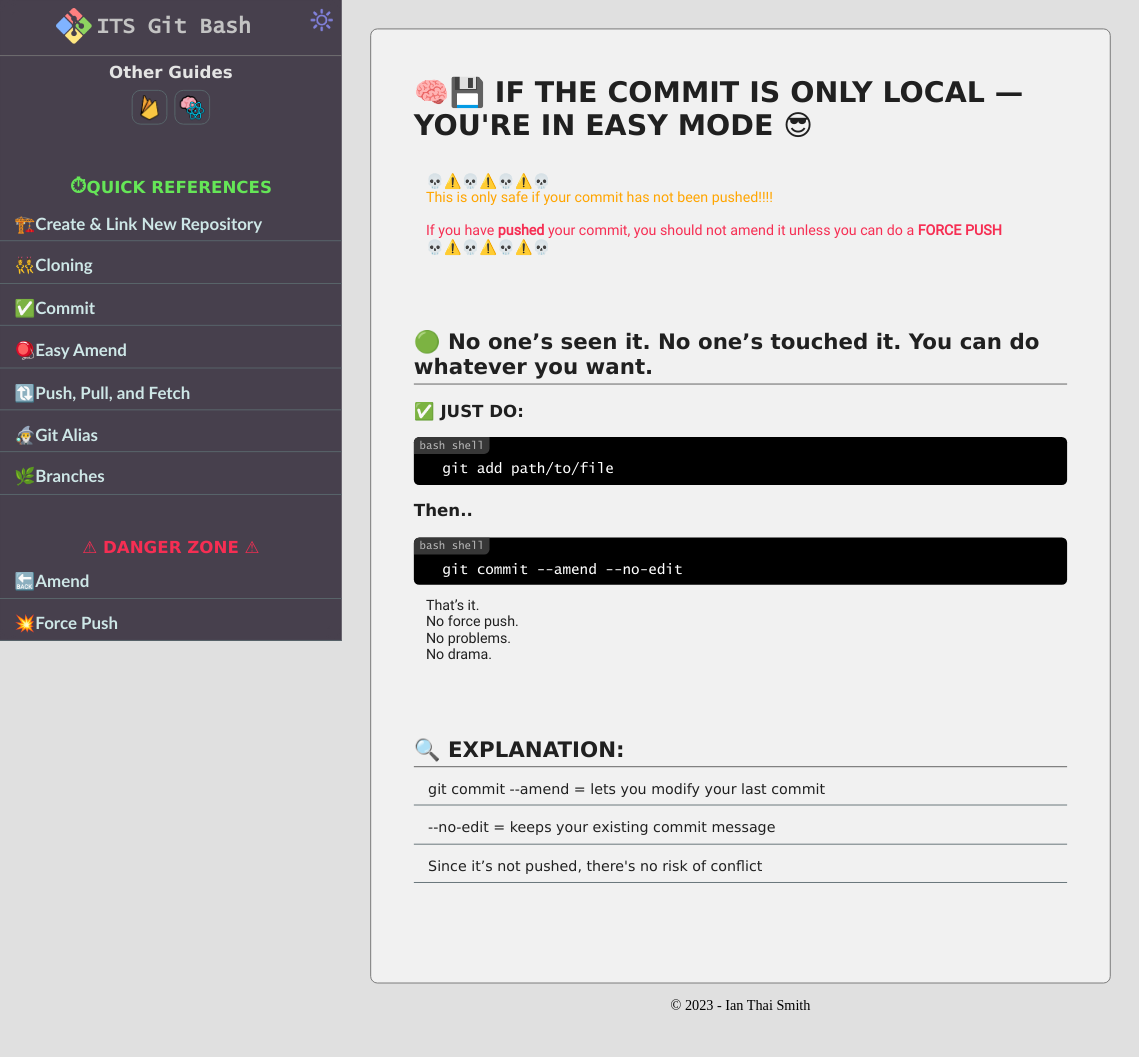
Repository: whyDoILoveThis/project__ITS_Git_Bash
Page: html/easy-amend.html
An editor plug-in stored every save of this project. The page is shown before and after the next save, followed by the edit.
The browser window is 1280 px wide. The pictures show the whole page, at 89% of full size.

Above is the page before, as saved 2025-07-06 06:30:49.

### html/easy-amend.html
<!DOCTYPE html>
<html lang="en">
  <head>
    <meta charset="UTF-8" />
    <meta name="viewport" content="width=device-width, initial-scale=1.0" />
    <link rel="stylesheet" href="/css/normalize.css" />
    <link rel="stylesheet" href="/css/style.css" />
    <title>new-page</title>
  </head>
  <body>
    <!--!!!!!-->
    <!--! MAIN-WRAP -->
    <div class="main-wrap">
      <section class="article-wrap">
        <article class="article">
          <h1>🧠💾 IF THE COMMIT IS ONLY LOCAL — YOU'RE IN EASY MODE 😎</h1>
          <p class="orng">
            💀⚠️💀⚠️💀⚠️💀
            <br />
            This is only safe if your commit has not been pushed!!!!
            <br />
            <br />
            <em class="red">
              If you have <b>pushed</b> your commit, you should not amend it
              unless you can do a <b>FORCE PUSH</b>
            </em>
            <br />
            💀⚠️💀⚠️💀⚠️💀
          </p>
          <h2>
            🟢 No one’s seen it. No one’s touched it. You can do whatever you
            want.
          </h2>
          <h3>✅ JUST DO:</h3>
          <div class="code">
            <p>git add path/to/file<br /></p>
          </div>
          <h3>Then..</h3>
          <div class="code">
            <p>git commit --amend --no-edit</p>
          </div>
          <p>
            That’s it. <br />
            No force push. <br />
            No problems. <br />
            No drama.
          </p>
          <h2>🔍 EXPLANATION:</h2>
          <ul>
            <li>git commit --amend = lets you modify your last commit</li>
            <li>--no-edit = keeps your existing commit message</li>
            <li>Since it’s not pushed, there's no risk of conflict</li>
          </ul>
        </article>
      </section>
    </div>
    <!--! MAIN-WRAP -->
    <!--! !!!!!!! -->
    <script src="/JS/dynamic-nav.js"></script>
  </body>
</html>

### css/style.css


/*TODO: REFACTOR FOR BETTER ORGANIZATION
        AND REMOVING REDUNDANCIES*/

        :root {
            --size--brightness-toggler: 50px;
        }


.gradient {
    width: 100vw;
    height: 100vh;
    background: rgb(52,30,84);
background: linear-gradient(360deg, rgba(52,30,84,1) 0%, rgba(67,41,166,1) 100%);
}

@font-face {
    font-family: LucidaConsole;
    src: url(/fonts/lucon.ttf);

}

@font-face {
    font-family: Roboto;
    src: url(/fonts/Roboto-Regular.ttf);
}

body {
    font-family: 'Lucida Sans', 'Lucida Sans Regular', 'Lucida Grande', 'Lucida Sans Unicode', Geneva, Verdana, sans-serif;
    transition: background-color 0.3s ease-in;
    background-color: rgb(36, 31, 35);

}

body::-webkit-scrollbar-track
{
	-webkit-box-shadow: inset 0 0 6px rgba(0,0,0,0.3);
	border-radius: 10px;
	background-color: rgb(52, 29, 69);
}

body::-webkit-scrollbar
{
    border-radius: 10px;

	width: 5px;
	background-color: rgb(50, 41, 56);
}

body::-webkit-scrollbar-thumb
{
	border-radius: 10px;
	-webkit-box-shadow: inset 0 0 6px rgba(0,0,0,.3);
	background-color: #8181DB;
}



ul {
    list-style-type: none;
    padding: 0;
    padding-bottom: 4rem;
    margin: 0;
}

ul li {
    padding: 1rem 0 0.5rem 1rem;
    border-bottom: 0.5px solid rgb(90, 105, 110);
}

li a {
    text-decoration: none;
    color: rgb(206, 231, 231);
    font-family: 'Trebuchet MS', 'Lucida Sans Unicode', 'Lucida Grande', 'Lucida Sans', Arial, sans-serif;
    font-weight: 600;
    text-decoration-thickness: 0px;
    font-size: 19px;
}

a {
    color: rgb(45, 143, 248);
    text-decoration: none;
}

a:hover {
    font-weight: 600;
    text-decoration: underline;
}

li a:hover {
    text-decoration: underline;
    text-decoration-thickness: 2px;
    text-decoration-color: rgb(110, 203, 103);
}

em {
    font-style: normal;
}

.main-wrap {
    display: flex;
    height: 100%;
    width: 100%;
}

/** NAV */

.nav {
    z-index: 100;
    background: rgba(50, 41, 56, 0.877);
    backdrop-filter: blur(8px);
    -webkit-backdrop-filter: blur(8px);
    display: flex;
    flex-direction: column;
    width: 30%;
    height: 100%;
    position: fixed;
    overflow: auto;
    transition: all 0.37s ease-out;
}

.nav::-webkit-scrollbar-track
{
	-webkit-box-shadow: inset 0 0 6px rgba(0,0,0,0.3);
	border-radius: 10px;
	background-color: rgb(50, 41, 56);
}

.nav::-webkit-scrollbar
{
    border-radius: 10px;

	width: 3px;
	background-color: rgb(50, 41, 56);
}

.nav::-webkit-scrollbar-thumb
{
	border-radius: 10px;
	-webkit-box-shadow: inset 0 0 6px rgba(0,0,0,.3);
	background-color: #8181DB;
}


.logo-wrap {
    height: auto;
    max-height: 40px;
    display: flex;
    align-items: center;
    justify-content: center;
    gap: 0.3rem;
    padding: 0.7rem;
    border-bottom: 1px solid rgb(115, 115, 115);
    padding-right: var(--size--brightness-toggler);

}

.logo__icon {
    width: 8vw;
    max-width: 40px;
    height: 8vw;
    max-height: 40px;
    display: inline;
}

.logo__tag {
    color: rgb(195, 195, 195);
    font-family:  LucidaConsole, Arial, Helvetica, sans-serif;
    white-space: 1px;
    font-size: 24px;
    font-weight: 600;
    margin: 0;
}

.dark-mode-toggler-wrap {
    position: absolute;
    top: 10px;
    right: 10px;

}

.other-guides-wrap {
    margin: 0.5rem;
    display: flex;
    justify-content: center;
    align-self: center;
    gap: 0.5rem;
}

.other-guides-wrap > a > img {
    width: 28px;
}

.other-guides-heading {
    color: rgb(228, 228, 228);
    margin-top: 0;
}

.guide-link {
    border: 1px solid rgb(90, 105, 110);
    border-radius: 10px;
    display: flex;
    justify-content: center;
    padding: 0.3rem;
    transition: background-color 0.4s;
}

.guide-link:hover {
    background-color: rgba(255, 255, 255, 0.117);
}

.quick-ref-heading {
    color: rgb(101, 230, 87);
    text-transform: uppercase;
}

.quick-ref-heading::before {
    content: '⏱';
    font-size: 24px;
}

.article-wrap {
    margin-left: 30%;
    width: calc(70% - 2rem * 2);
    padding: 2rem;
}

.article {
    border: 1px solid rgb(109, 109, 109);
    border-radius:8px;
    display: flex;
    flex-direction: column;
    padding: 3rem;
    padding-top: 2rem;

    background-color: rgb(49, 49, 49);
    color: rgba(255, 255, 255, 0.90);
    transition: background-color 0.4s ease-in, color 0.5s ease-in;

}

.article__heading,
.article h2.h2--large {
    text-align: center;
    font-size: 32px;
    margin: 0.8rem;
    border: 0;
}

.article h2 {
    margin: 4.4rem 0 0rem 0;
    border-bottom: 1px solid #555;
    padding-bottom: 0.3rem;
}


.article > p {
    font-family: Roboto, Arial, Helvetica, sans-serif;
    margin: 0.85rem;
}

.emoji {
    display: inline;
    width: 20px;
}

.emoji--rocket {
    content: url(/img/emoji-rocket.PNG);
}

.code {
    font-family: LucidaConsole, Arial, Helvetica, sans-serif;
    white-space: nowrap;
    background-color: black;
    color: white;
    font-style: normal;
    width: 100%;
    display: flex;
    flex-direction: column;
    border-radius: 6px;
    overflow: auto;
}

.code p::selection,
.code em::selection {
    background: rgba(214, 172, 238, 0.273);
    color: inherit;
}

.code::-webkit-scrollbar {
    width: 12px;
    background-color: #F5F5F5;
    height: 7px;
}
.code::-webkit-scrollbar-thumb {
    border-radius: 1px;
    -webkit-box-shadow: inset 0 0 6px rgba(0,0,0,.3);
    background-color: #555;
}
.code::-webkit-scrollbar-track {
    -webkit-box-shadow: inset 0 0 6px rgba(0,0,0,0.3);
    border-radius: 1px;
    background-color: #F5F5F5;
}


.code::before {
    content: 'bash shell';
    background-color: rgb(55, 55, 55);


    align-self: flex-start;

    color: rgb(184, 184, 184);
    padding: 0.25rem 0.4rem 0.1rem 0.4rem;
    border-radius: 6px 0px 6px 0;
    font-size: 12px;
}

.code--html::before {
    content: 'HTML';
    color: rgb(255, 72, 0);
    letter-spacing: 1px;
}

.code--js::before {
   content: 'javascript';
   color: yellow;
}

.code--json::before {
    content: 'json';
    color: rgb(93, 184, 93);
}

.code--file-struct::before {
    content: '📁';
    font-size: 20px;
}

.code p {
    margin: 0.5rem 0 0.5rem 2rem;
    display: inline-block;
    flex: 0 0 100%;
}

.comnt {
    color: rgb(123, 123, 123);
}

.orng {
    color: orange;
}

.grn {
    color: rgb(60, 162, 60);
}

.blu {
    color: rgb(74, 189, 255);
}

.red {
    color: rgb(246, 46, 83);
}

/** BUTTONS */

.btn-group {
    display: flex;
    gap: 0.5rem;
}

.btn {
    position: relative;
    z-index: 99;
    width: 100%;
    font-family: Roboto, Arial, Helvetica, sans-serif;
    font-size: 24px;
    text-shadow: 0 0 2px rgba(0, 0, 0, 0.577);
    padding: 10px 20px;
    background-color: #27396a;

    color: #6cbbfb;
    cursor: pointer;
    border-radius: 10px;
    border: 1.5px solid rgb(0, 0, 0);
    margin-top: 1rem;
}

.btn--important {
    color: rgb(252, 107, 107);
    background-color: rgb(83, 32, 32);
}

.btn--more-info-box {

    font-family: Roboto, Arial, Helvetica, sans-serif;
    background-color: #eeeeee;
    background-color: #363232;

    color: #202020;
    color: rgba(255, 255, 255, 0.90);
    position: relative;
    top: -1rem;
    padding: 1rem;
    border-radius: 8px;
    text-align: center;
    border: 1.5px solid rgb(0, 115, 225);
    animation: 0.5s ease-in-out;
    transform-origin: top center;
    transition: background-color 0.4s ease-in, color 0.5s ease-in;
}

.btn--more-info-box.hidden {
    display: none;

}

@keyframes bounceDown {
    0% {
        transform: scaleY(0);
        opacity: 0;
    }
    70% {
        transform: scaleY(1.04);
        opacity: 1;
    }
    100% {
        transform: scaleY(1);
        opacity: 1;
    }
}

@keyframes bounceUp {
    0% {
        transform: scaleY(1);
        opacity: 1;
    }

    20% {
        transform: scaleY(1.04);
        opacity: 0.8;
    }

    100% {
        transform: scaleY(0);
        opacity: 0.2;
    }
}

.btn--more-info-box p {
    text-align: left;
}

.btn--more-info-box h2 {
    margin-top: 2.5rem;
}

.btn--more-info-box h3 {
    margin-top: 1.5rem;
    margin-bottom: 0;
}

@media screen and (min-width: 768px) {
    .nav-toggler {
        position: fixed;
        display: none;
        visibility: hidden;
    }
}

@media screen and (max-width: 778px) {
    ul li {
        padding: 0.8rem 0.3rem 0.5rem 0.8rem;
    }

    li a {
        font-size: 17px;
    }

    .nav {
        margin: 0;
        width: 100%;
        height: 60px;
        overflow: hidden;
        border-top-right-radius: 0;
        border-bottom-left-radius: 10px;
        border-bottom-right-radius: 10px;
        box-shadow: 1px 1px 1px 3px rgba(0, 0, 0, 0.179);
    }

    .nav-expanded {
        width: 85%;
        height: 100%;
        overflow-y: auto;
        box-shadow: 1px 1px 0px 700px rgba(0, 0, 0, 0.5);
        border-bottom-left-radius: 0;
    }

    .nav-expanded .nav-toggler {
        position: absolute;
        transform: translateY(60px);
    }

    .logo-wrap {
        place-self: center;
        padding-right: var(--size--brightness-toggler);
        padding-left: var(--size--brightness-toggler);
    }
    .logo__icon {
        height: 40px;
        width: 40px;
    }
    .dark-mode-toggler-wrap {
        position: absolute;
        top: 15px;
        right: 10px;

    }
    .nav-toggler {
       width: 40px;
       position: absolute;
       left: 10px;

       transition: all 0.2s;
    }

    .logo__tag {
        font-size: 22px;
        white-space: nowrap;
    }

    .article-wrap {
        margin: 0;
        width: calc(100% - 0.5rem * 2);
         padding: 0.5rem;
         margin-top: 70px;
     }
     .article {
        padding: 0.5rem;
    }
}

.copyright::before {
    content: '© 2023 - Ian Thai Smith ';
    font-family: 'Times New Roman', Times, serif ;
    display: flex;
    justify-content: center;

}

### JS/dynamic-nav.js
const head = document.getElementsByTagName('head')[0];
const tabIcon = document.createElement("link");
tabIcon.href = "/img/git-bash-icon.png";
tabIcon.rel = "icon";
head.appendChild(tabIcon);

const articleWrap = document.querySelector(".article-wrap");

const copyright = document.createElement("p");
copyright.classList.add("copyright");

articleWrap.appendChild(copyright);

// Select the target element
const container = document.querySelector(".main-wrap");

// Create the main navigation element
const navigation = document.createElement("nav");
navigation.classList.add("nav");

function expandNav(){
    navigation.classList.toggle("nav-expanded")
}

const navToggler = document.createElement("img");
navToggler.src = "/img/icon-nav-toggler.png";
navToggler.classList.add("nav-toggler");
navToggler.addEventListener("click", expandNav);



// Create the logo-wrap div
const logoWrap = document.createElement("div");
logoWrap.classList.add("logo-wrap");

// Create the logo icon
const logoIcon = document.createElement("img");
const homeLink = document.createElement("a");
homeLink.href = "/index.html";
logoIcon.src = "/img/git-bash-icon.png";
logoIcon.alt = "";
logoIcon.classList.add("logo__icon");
homeLink.appendChild(logoIcon);


// Create the logo tag
const logoTag = document.createElement("p");
logoTag.classList.add("logo__tag");
logoTag.innerText = "ITS Git Bash";


const darkModeTogglerWrap = document.createElement("div");
darkModeTogglerWrap.classList.add("dark-mode-toggler-wrap");
const darkModeToggler = document.createElement("img");
darkModeTogglerWrap.appendChild(darkModeToggler);
darkModeToggler.src = "/img/icon-brightness-dim.png";
darkModeToggler.style.width = "25px";
darkModeToggler.classList.add(".dark-mode-toggler");

const article = document.querySelector('.article')


darkModeToggler.addEventListener("click", toggleBrightness);

const otherGuidesWrap = document.createElement("div");
otherGuidesWrap.classList.add("other-guides-wrap");

const otherGuides = document.createElement("h3");
otherGuides.innerText = "Other Guides";
otherGuides.classList.add('other-guides-heading');
otherGuides.style.textAlign = "center";
otherGuides.style.marginBottom = "0";
otherGuides.style.marginTop = "0.5rem";

const linkBash = document.createElement('a');
const imgBash = document.createElement("img");
linkBash.classList.add('guide-link');
imgBash.src = "/img/firebase-icon.png";
linkBash.href = "https://its-firebase.vercel.app";
linkBash.appendChild(imgBash);
otherGuidesWrap.appendChild(linkBash);
// another
const linkReact18 = document.createElement('a');
const imgReact18 = document.createElement("img");
linkReact18.classList.add('guide-link');
imgReact18.src = "/img/learn-react18-icon.png";
linkReact18.href = "https://learn-react18.vercel.app";
linkReact18.appendChild(imgReact18);
otherGuidesWrap.appendChild(linkReact18);




const infoBoxes = document.querySelectorAll('.btn--more-info-box');


// Check if 'bright' is stored in localStorage
const storedBright = localStorage.getItem('bright');

// Initialize 'bright' with the stored value (or default to false if not found)
let bright = storedBright === 'false';


function toggleBrightness() {
    bright = !bright;

    // Store the updated 'bright' value in localStorage
    localStorage.setItem('bright', bright);

 // Update UI and apply styles based on 'bright' state

    if(bright){
    fadeOutAndChange(darkModeToggler, "/img/icon-brightness-bright.png");
    document.body.style.backgroundColor = 'rgb(224, 224, 224)';
    article.style.backgroundColor = 'rgb(241, 241, 241)';
    article.style.color = '#202020';
    copyright.style.color = 'black';
    infoBoxes.forEach(infoBox => {
        infoBox.style.backgroundColor = '#eeeeee';
        infoBox.style.color = '#202020';
    });
    } else {
        fadeOutAndChange(darkModeToggler, "/img/icon-brightness-dim.png");
        document.body.style.backgroundColor = 'rgb(36, 31, 35)';
        article.style.backgroundColor = 'rgb(49, 49, 49)';
        article.style.color = 'rgba(255, 255, 255, 0.90)';
        copyright.style.color = 'white';
        infoBoxes.forEach(infoBox => {
            infoBox.style.backgroundColor = '#363232';
            infoBox.style.color = 'rgba(255, 255, 255, 0.90)';
        });
    }
}

function fadeOutAndChange(element, newImageSrc) {
    element.style.opacity = 0;
    setTimeout(() => {

        element.src = newImageSrc;
        element.style.opacity = 1;
    }, 200); // Adjust the time to match your CSS transition duration
}

// Call toggleBrightness to initialize UI based on stored value
toggleBrightness();


// Append the logo icon and tag to the logo-wrap div
logoWrap.appendChild(navToggler);
logoWrap.appendChild(homeLink);
logoWrap.appendChild(logoTag);



// Create the links list
const linkList = document.createElement("ul");
linkList.classList.add("link__list");


const quickRefs = document.createElement("h3");
quickRefs.innerText = "Quick References";
quickRefs.classList.add('quick-ref-heading');
quickRefs.style.textAlign = "center";
quickRefs.style.marginBottom = "0";
quickRefs.style.marginTop = "3rem";
linkList.appendChild(quickRefs);
/****************LINKS****************** */
/****************LINKS****************** */
// Create a list item for the link
const linkItem1 = document.createElement("li");
linkItem1.classList.add("link");
// Create the link itself
const linkCreateNewRepo = document.createElement("a");
linkCreateNewRepo.href = "/html/create-and-link-new-repo.html";
linkCreateNewRepo.innerText = "🏗️Create & Link New Repository";
// Append the link to the list item
linkItem1.appendChild(linkCreateNewRepo);
// Append the list item to the links list
linkList.appendChild(linkItem1);

// Create a list item for the link
const linkItem2 = document.createElement("li");
linkItem2.classList.add("link");
const linkCloning = document.createElement("a");
linkCloning.href = "/html/cloning.html";
linkCloning.innerText = "👯‍♀️Cloning";
// Append the link to the list item
linkItem2.appendChild(linkCloning);
// Append the list item to the links list
linkList.appendChild(linkItem2);

const linkItem3 = document.createElement("li");
linkItem3.classList.add("link");
const linkCommit = document.createElement("a");
linkCommit.href = "/html/commit.html";
linkCommit.innerText = "✅Commit";
linkItem3.appendChild(linkCommit);
linkList.appendChild(linkItem3);

const linkItem3v1 = document.createElement("li");
linkItem3v1.classList.add("link");
const linkEasyAmend = document.createElement("a");
linkEasyAmend.href = "/html/easy-amend.html";
linkEasyAmend.innerText = "🪀Easy Amend";
linkItem3v1.appendChild(linkEasyAmend);
linkList.appendChild(linkItem3v1);

const linkItem4 = document.createElement("li");
linkItem4.classList.add("link");
const linkPushPullAndFetch = document.createElement("a");
linkPushPullAndFetch.href = "/html/push-pull-and-fetch.html";
linkPushPullAndFetch.innerText = "🔃Push, Pull, and Fetch";
linkItem4.appendChild(linkPushPullAndFetch);
linkList.appendChild(linkItem4);

const linkItem7 = document.createElement("li");
linkItem7.classList.add("link");
const linkGitAlias = document.createElement("a");
linkGitAlias.href = "/html/git-alias.html";
linkGitAlias.innerText = "🧙‍♂️Git Alias";
linkItem7.appendChild(linkGitAlias);
linkList.appendChild(linkItem7);

const linkItem8 = document.createElement("li");
linkItem8.classList.add("link");
const linkBranches = document.createElement("a");
linkBranches.href = "/html/branches.html";
linkBranches.innerText = "🌿Branches";
linkItem8.appendChild(linkBranches);
linkList.appendChild(linkItem8);

const dangerZone = document.createElement("h3");
dangerZone.innerText = "⚠ DANGER ZONE ⚠";
dangerZone.style.textAlign = "center";
dangerZone.classList.add("red");
dangerZone.style.marginBottom = "0";
dangerZone.style.marginTop = "3rem";
linkList.appendChild(dangerZone);

const linkItem5 = document.createElement("li");
linkItem5.classList.add("link");
const linkAmend = document.createElement("a");
linkAmend.href = "/html/amend.html";
linkAmend.innerText = "🔙Amend";
linkItem5.appendChild(linkAmend);
linkList.appendChild(linkItem5);

const linkItem6 = document.createElement("li");
linkItem6.classList.add("link");
const linkForcePush = document.createElement("a");
linkForcePush.href = "/html/💥force-push.html";
linkForcePush.innerText = "💥Force Push";
linkItem6.appendChild(linkForcePush);
linkList.appendChild(linkItem6);





/****************LINKS****************** */
/****************LINKS****************** */


// Append the logo-wrap div and links list to the navigation
navigation.appendChild(logoWrap);
navigation.appendChild(darkModeTogglerWrap);
navigation.appendChild(otherGuides);
navigation.appendChild(otherGuidesWrap);
navigation.appendChild(linkList);

// Append the navigation to the container
container.appendChild(navigation);

Loaded but not shown: css/normalize.css (library)

After the next save:
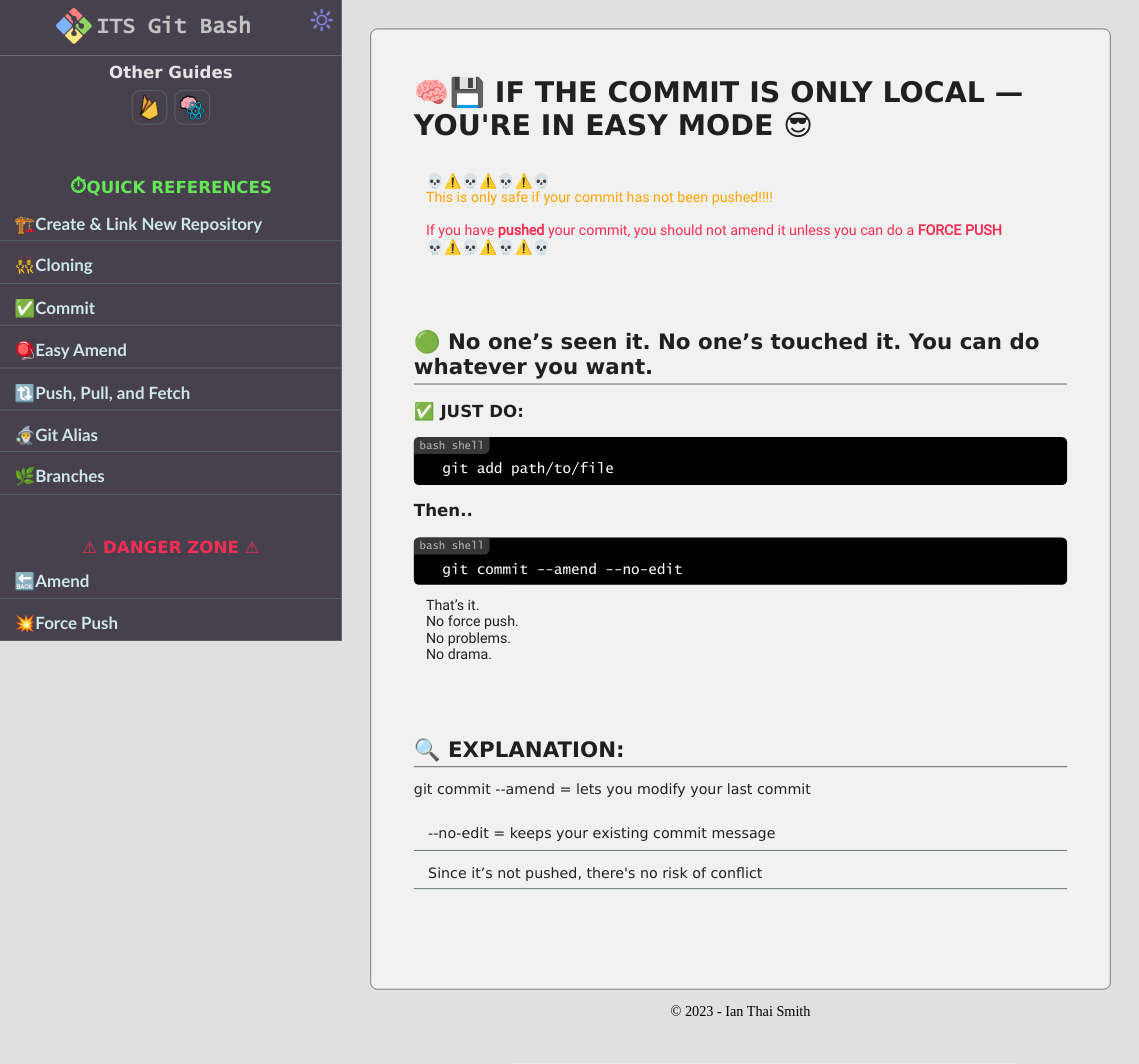
Saved 29 s later.
--- a/html/easy-amend.html
+++ b/html/easy-amend.html
@@ -47,7 +47,7 @@
           </p>
           <h2>🔍 EXPLANATION:</h2>
           <ul>
-            <li>git commit --amend = lets you modify your last commit</li>
+            <p>git commit --amend = lets you modify your last commit</p>
             <li>--no-edit = keeps your existing commit message</li>
             <li>Since it’s not pushed, there's no risk of conflict</li>
           </ul>
